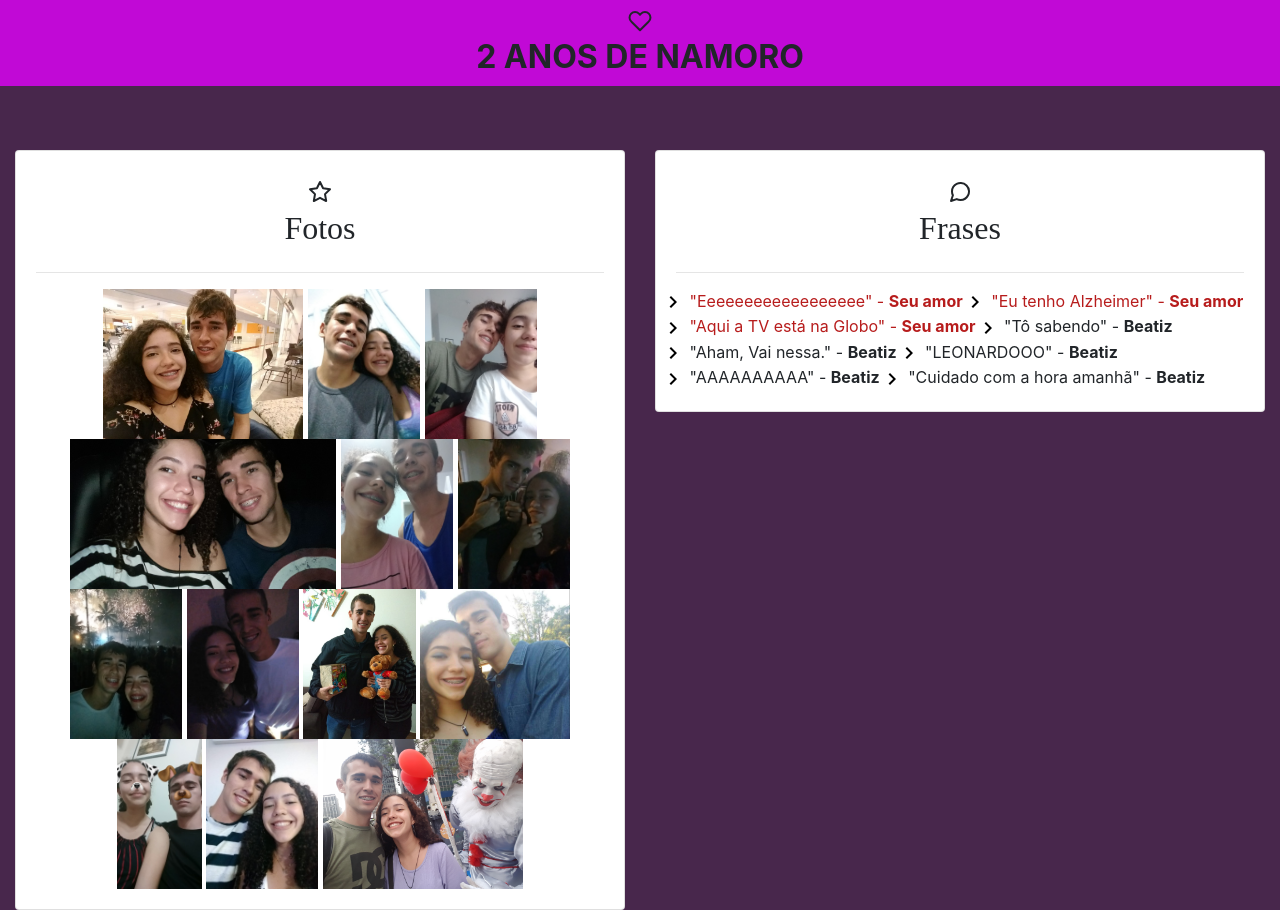
Repository: MeuAmor/meuamor.github.io
Page: index.html
The author's editor kept a copy of each file at every save. The page is drawn from the files as they stood at one save, then again after the next save.
The browser window is 1280 px wide. The pictures show the whole page.

Above is the page before, as saved 2019-08-20 23:37:08.

### index.html
<!DOCTYPE html>
<html lang="pt">
<head>
  <title>2 ANOS</title>
  <meta charset="utf-8">
  <meta name="viewport" content="width=device-width, initial-scale=1">
  <link rel="stylesheet" href="assets/css/bootstrap4.1/bootstrap.min.css">
  <script src="assets/js/jquery.3.3.1.min.js"></script>
  <script src="assets/js/bootstrap4.1/popper.min.js"></script>
	<script src="assets/js/bootstrap4.1/bootstrap.min.js"></script>
	<!-- <style>
			hr {
				margin-top: 1rem;
				margin-bottom: 1rem;
				border: 5;
				border-top: 1px solid rgba(0, 0, 0, 0.1);
			}
		</style> -->
</head>
<body class="container-fluid">


	<div class="row" style="background:#c109d6">
		<div class="col-md-12 text-left">
			<h2>
                <!-- <svg xmlns="http://www.w3.org/2000/svg" width="24" height="24" viewBox="0 0 24 24" fill="none" stroke="currentColor"
                        stroke-width="2" stroke-linecap="round" stroke-linejoin="round" class="feather feather-heart">
                    <path d="M20.84 4.61a5.5 5.5 0 0 0-7.78 0L12 5.67l-1.06-1.06a5.5 5.5 0 0 0-7.78 7.78l1.06 1.06L12 21.23l7.78-7.78 1.06-1.06a5.5 5.5 0 0 0 0-7.78z"/>
                </svg> -->
                <div class="text-center">

                    <svg xmlns="http://www.w3.org/2000/svg" width="24" height="24" viewBox="0 0 24 24" fill="none" stroke="currentColor"
                            stroke-width="2" stroke-linecap="round" stroke-linejoin="round" class="feather feather-heart">
                        <path d="M20.84 4.61a5.5 5.5 0 0 0-7.78 0L12 5.67l-1.06-1.06a5.5 5.5 0 0 0-7.78 7.78l1.06 1.06L12 21.23l7.78-7.78 1.06-1.06a5.5 5.5 0 0 0 0-7.78z"/>
                    </svg>
                </div>
                <div class="text-center" >

                    <b>2 ANOS DE NAMORO </b>
                </div>
            </h2>
		</div>
		<div class="col-md-6 " id="redes_sociais">
			<!-- <a style="margin:10px;" class="btn btn-info btn-xs float-right" href="http://www.linkedin.com/in/leonardo-bernardes-da-silva-a8869b132">
				<svg xmlns="http://www.w3.org/2000/svg" width="24" height="24" viewBox="0 0 24 24" fill="none" stroke="currentColor" stroke-width="2" stroke-linecap="round" stroke-linejoin="round" class="feather feather-linkedin">
					<path d="M16 8a6 6 0 0 1 6 6v7h-4v-7a2 2 0 0 0-2-2 2 2 0 0 0-2 2v7h-4v-7a6 6 0 0 1 6-6z"></path><rect x="2" y="9" width="4" height="12"></rect>
					<circle cx="4" cy="4" r="2"></circle></svg>	LinkedIn</a>
				<a style="margin:10px;" class="btn btn-primary btn-xs float-right" href="http://www.facebook.com/lezinho.bernardes">
					<svg xmlns="http://www.w3.org/2000/svg" width="24" height="24" viewBox="0 0 24 24" fill="none" stroke="currentColor" stroke-width="2" stroke-linecap="round" stroke-linejoin="round" class="feather feather-facebook">
						<path d="M18 2h-3a5 5 0 0 0-5 5v3H7v4h3v8h4v-8h3l1-4h-4V7a1 1 0 0 1 1-1h3z"></path>
					</svg>
					LinkedIn
				</a>  -->
		</div>


</div>
<div class="row" style="background:#48274c;min-height: 500px;">

	<!-- <hr> -->
	<!-- <p style="margin: 10px;">
		<a class="btn btn-dark" data-toggle="collapse" href="#multiCollapseExample1" role="button" aria-expanded="false" aria-controls="multiCollapseExample1">Toggle first element</a>
		<button class="btn btn-dark" type="button" data-toggle="collapse" data-target="#multiCollapseExample2" aria-expanded="false" aria-controls="multiCollapseExample2">Toggle second element</button>
		<button class="btn btn-dark" type="button" data-toggle="collapse" data-target=".multi-collapse" aria-expanded="false" aria-controls="multiCollapseExample1 multiCollapseExample2">Toggle both elements</button> -->
	<!-- </p> -->


	<div class="col-md-6" style="margin-top: 5%;">
		<div class="card card-body">
            <h2>
                <div class="text-center">

                    <svg xmlns="http://www.w3.org/2000/svg" width="24" height="24" viewBox="0 0 24 24"
                        fill="none" stroke="currentColor" stroke-width="2" stroke-linecap="round" stroke-linejoin="round"
                        class="feather feather-star">
                        <polygon points="12 2 15.09 8.26 22 9.27 17 14.14 18.18 21.02 12 17.77 5.82 21.02 7 14.14 2 9.27 8.91 8.26 12 2"/>
                    </svg>
                </div>
                <div class="text-center" style="font-family: 'Times New Roman', Times, serif">

                    Fotos
                </div>
            </h2>
            <hr>
            <div>

                <!-- <svg xmlns="http://www.w3.org/2000/svg" width="24" height="24" viewBox="0 0 24 24">
                    <path d="M8.59 16.59L13.17 12 8.59 7.41 10 6l6 6-6 6-1.41-1.41z"/>
                    <path fill="none" d="M0 0h24v24H0V0z"/>
                </svg>
                Primeira foto juntos<br> -->
                <div class="text-center">
                    <img src="imagens/primeira_foto.jpg" alt="Primeira Foto" height="150px;">
                    <img src="imagens/terceira_foto.jpg" alt="Terceira Foto" height="150px;">
                    <img src="imagens/quarta_foto.jpg" alt="Quarta Foto" height="150px;">
                    <img src="imagens/2.jpg" alt="" height="150px;">
                    <img src="imagens/3.jpg" alt="" height="150px;">
                    <img src="imagens/4.jpg" alt="" height="150px;">
                    <img src="imagens/segunda_foto.jpg" alt="Segunda Foto" height="150px;">
                    <img src="imagens/5.jpg" alt="" height="150px;">
                    <img src="imagens/6.jpg" alt="" height="150px;">
                    <img src="imagens/7.jpg" alt="" height="150px;">
                    <img src="imagens/8.jpg" alt="" height="150px;">
                    <img src="imagens/10.jpg" alt="" height="150px;">
                    <img src="imagens/9.jpg" alt="" height="150px;">
                </div>
            </div>
		</div>
	</div>
	<div class="col-md-6" style="margin-top: 5%;margin-bottom: 5%;">
		<div class="card card-body">
            <h2 style="text-align:center;">
                <div class="text-center">

                    <svg xmlns="http://www.w3.org/2000/svg" width="24" height="24" viewBox="0 0 24 24" fill="none" stroke="currentColor" stroke-width="2" stroke-linecap="round" stroke-linejoin="round" class="feather feather-message-circle">
                    <path d="M21 11.5a8.38 8.38 0 0 1-.9 3.8 8.5 8.5 0 0 1-7.6 4.7 8.38 8.38 0 0 1-3.8-.9L3 21l1.9-5.7a8.38 8.38 0 0 1-.9-3.8 8.5 8.5 0 0 1 4.7-7.6 8.38 8.38 0 0 1 3.8-.9h.5a8.48 8.48 0 0 1 8 8v.5z"/></svg>
                </div>
                <div class="text-center" style="font-family: 'Times New Roman', Times, serif">
                    Frases
                </div>
            </h2>
			<hr>
            <div class="row" >
                    <div style="color: #b71c1c;">
                        <svg xmlns="http://www.w3.org/2000/svg" width="24" height="24" viewBox="0 0 24 24">
                            <path d="M8.59 16.59L13.17 12 8.59 7.41 10 6l6 6-6 6-1.41-1.41z"/>
                            <path fill="none" d="M0 0h24v24H0V0z"/>
                        </svg>
                        "Eeeeeeeeeeeeeeeeee" - <b> Seu amor</b>
                    </div>
                    <div style="color: #b71c1c;">
                        <svg xmlns="http://www.w3.org/2000/svg" width="24" height="24" viewBox="0 0 24 24">
                            <path d="M8.59 16.59L13.17 12 8.59 7.41 10 6l6 6-6 6-1.41-1.41z"/>
                            <path fill="none" d="M0 0h24v24H0V0z"/>
                        </svg>
                        "Eu tenho Alzheimer" - <b> Seu amor</b>
                    </div>
                    <div style="color: #b71c1c;">
                        <svg xmlns="http://www.w3.org/2000/svg" width="24" height="24" viewBox="0 0 24 24">
                            <path d="M8.59 16.59L13.17 12 8.59 7.41 10 6l6 6-6 6-1.41-1.41z"/>
                            <path fill="none" d="M0 0h24v24H0V0z"/>
                        </svg>
                        "Aqui a TV está na Globo" - <b> Seu amor</b>
                    </div>
                    <div>
                        <svg xmlns="http://www.w3.org/2000/svg" width="24" height="24" viewBox="0 0 24 24">
                            <path d="M8.59 16.59L13.17 12 8.59 7.41 10 6l6 6-6 6-1.41-1.41z"/>
                            <path fill="none" d="M0 0h24v24H0V0z"/>
                        </svg>
                        "Tô sabendo" - <b>Beatiz </b><br>

                    </div>
                    <div>
                        <svg xmlns="http://www.w3.org/2000/svg" width="24" height="24" viewBox="0 0 24 24">
                            <path d="M8.59 16.59L13.17 12 8.59 7.41 10 6l6 6-6 6-1.41-1.41z"/>
                            <path fill="none" d="M0 0h24v24H0V0z"/>
                        </svg>
                        "Aham, Vai nessa." - <b>Beatiz </b><br>

                    </div>
                    <div>
                        <svg xmlns="http://www.w3.org/2000/svg" width="24" height="24" viewBox="0 0 24 24">
                            <path d="M8.59 16.59L13.17 12 8.59 7.41 10 6l6 6-6 6-1.41-1.41z"/>
                            <path fill="none" d="M0 0h24v24H0V0z"/>
                        </svg>
                        "LEONARDOOO" - <b>Beatiz </b><br>
                    </div>
                    <div>
                        <svg xmlns="http://www.w3.org/2000/svg" width="24" height="24" viewBox="0 0 24 24">
                            <path d="M8.59 16.59L13.17 12 8.59 7.41 10 6l6 6-6 6-1.41-1.41z"/>
                            <path fill="none" d="M0 0h24v24H0V0z"/>
                        </svg>
                        "AAAAAAAAAA" - <b>Beatiz </b><br>
                    </div>
                    <div>
                        <svg xmlns="http://www.w3.org/2000/svg" width="24" height="24" viewBox="0 0 24 24">
                            <path d="M8.59 16.59L13.17 12 8.59 7.41 10 6l6 6-6 6-1.41-1.41z"/>
                            <path fill="none" d="M0 0h24v24H0V0z"/>
                        </svg>
                        "Cuidado com a hora amanhã" - <b>Beatiz </b><br>
                    </div>
            </div>
        </div>

	</div>

</div>
</body>
</html>

Loaded but not shown: assets/css/bootstrap4.1/bootstrap.min.css (library); assets/js/jquery.3.3.1.min.js (library); assets/js/bootstrap4.1/popper.min.js (library); assets/js/bootstrap4.1/bootstrap.min.js (library)

After the next save:
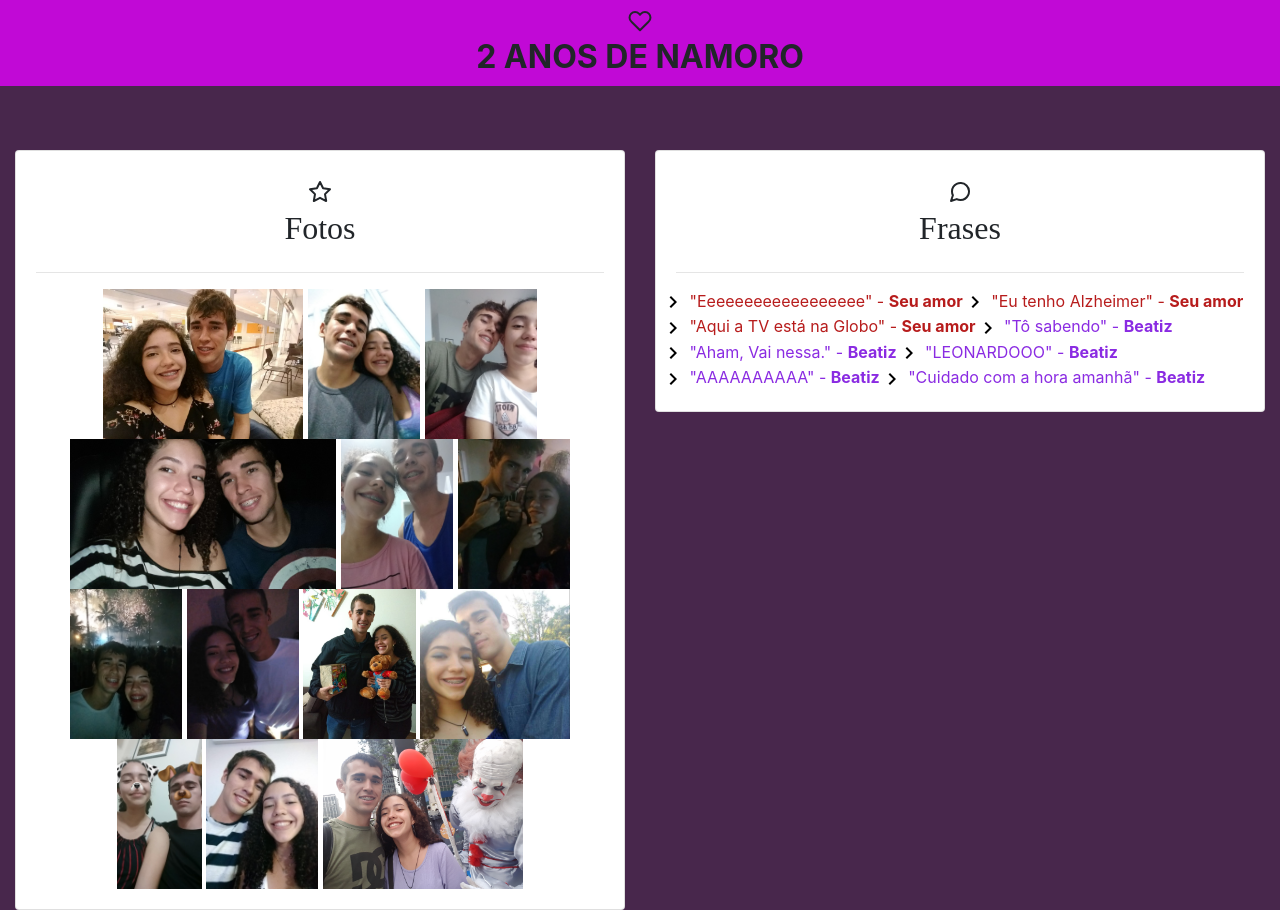
Saved 52 s later.
--- a/index.html
+++ b/index.html
@@ -142,7 +142,7 @@
                         </svg>
                         "Aqui a TV está na Globo" - <b> Seu amor</b>
                     </div>
-                    <div>
+                    <div style="color: blueviolet;">
                         <svg xmlns="http://www.w3.org/2000/svg" width="24" height="24" viewBox="0 0 24 24">
                             <path d="M8.59 16.59L13.17 12 8.59 7.41 10 6l6 6-6 6-1.41-1.41z"/>
                             <path fill="none" d="M0 0h24v24H0V0z"/>
@@ -150,7 +150,7 @@
                         "Tô sabendo" - <b>Beatiz </b><br>
 
                     </div>
-                    <div>
+                    <div style="color: blueviolet;">
                         <svg xmlns="http://www.w3.org/2000/svg" width="24" height="24" viewBox="0 0 24 24">
                             <path d="M8.59 16.59L13.17 12 8.59 7.41 10 6l6 6-6 6-1.41-1.41z"/>
                             <path fill="none" d="M0 0h24v24H0V0z"/>
@@ -158,21 +158,21 @@
                         "Aham, Vai nessa." - <b>Beatiz </b><br>
 
                     </div>
-                    <div>
+                    <div style="color: blueviolet;">
                         <svg xmlns="http://www.w3.org/2000/svg" width="24" height="24" viewBox="0 0 24 24">
                             <path d="M8.59 16.59L13.17 12 8.59 7.41 10 6l6 6-6 6-1.41-1.41z"/>
                             <path fill="none" d="M0 0h24v24H0V0z"/>
                         </svg>
                         "LEONARDOOO" - <b>Beatiz </b><br>
                     </div>
-                    <div>
+                    <div style="color: blueviolet;">
                         <svg xmlns="http://www.w3.org/2000/svg" width="24" height="24" viewBox="0 0 24 24">
                             <path d="M8.59 16.59L13.17 12 8.59 7.41 10 6l6 6-6 6-1.41-1.41z"/>
                             <path fill="none" d="M0 0h24v24H0V0z"/>
                         </svg>
                         "AAAAAAAAAA" - <b>Beatiz </b><br>
                     </div>
-                    <div>
+                    <div style="color: blueviolet;">
                         <svg xmlns="http://www.w3.org/2000/svg" width="24" height="24" viewBox="0 0 24 24">
                             <path d="M8.59 16.59L13.17 12 8.59 7.41 10 6l6 6-6 6-1.41-1.41z"/>
                             <path fill="none" d="M0 0h24v24H0V0z"/>
